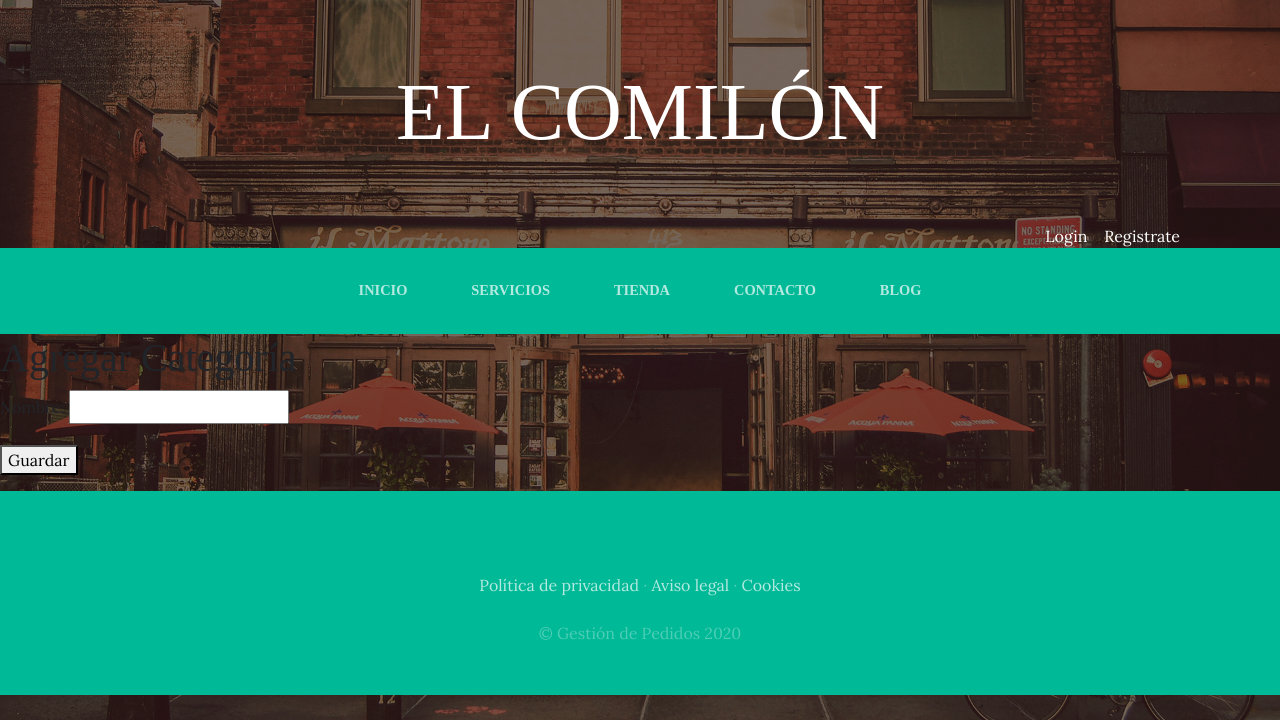
Repository: MatLarrea/Entrega_Elcomilon
Page: http://localhost/tienda/agregar_categoria/
An editor plug-in stored every save of this project. The page is shown before and after the next save, followed by the edit.
The browser window is 1280 px wide. The pictures show the whole page.
Some web fonts or font styles are not loaded; a fallback is used. The page is served by the project's application, run on Django 5.2 (manage.py).

Above is the page before, as saved 2024-07-11 21:51:05.
Console error: TypeError: Cannot read properties of null (reading 'addEventListener')

After the next save:
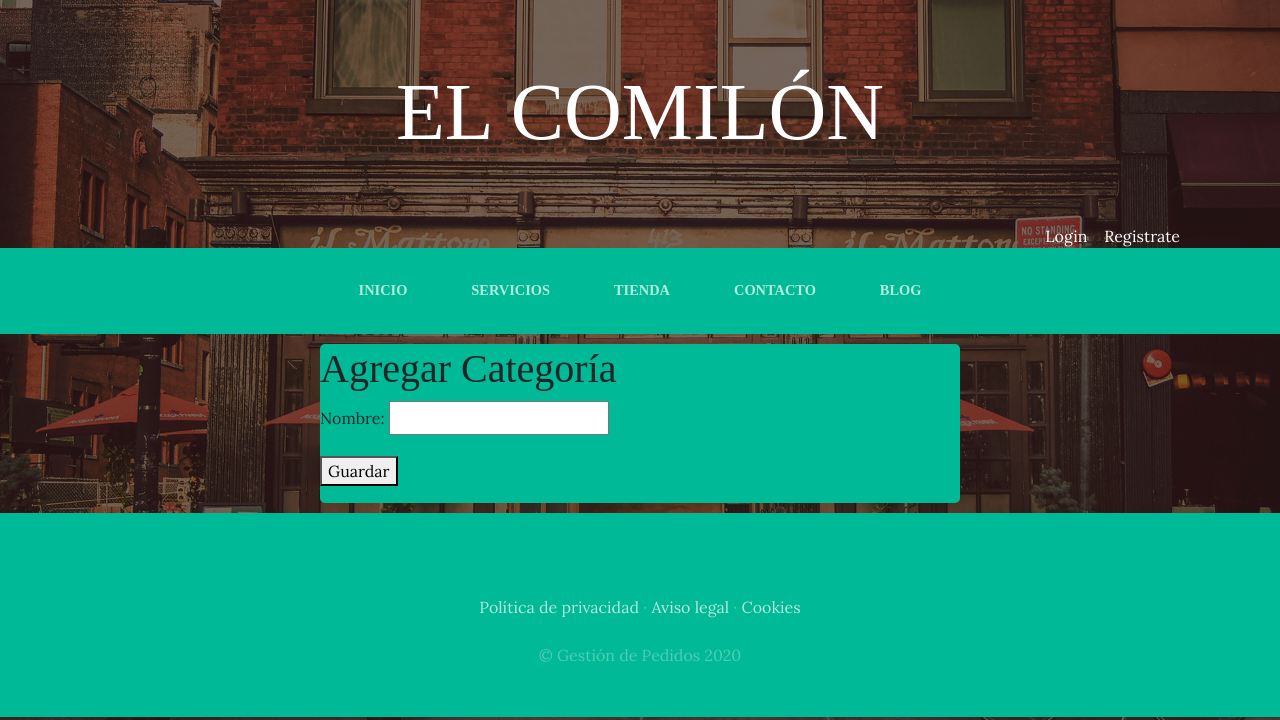
Saved 51 s later.
--- a/TiendaApp/templates/tienda/agregar_categoria.html
+++ b/TiendaApp/templates/tienda/agregar_categoria.html
@@ -4,7 +4,7 @@
 
 
 {% block content %}
-<div>
+<div class="formularioContacto">
     <h1>Agregar Categoría</h1>
     <form method="post">
         {% csrf_token %}
